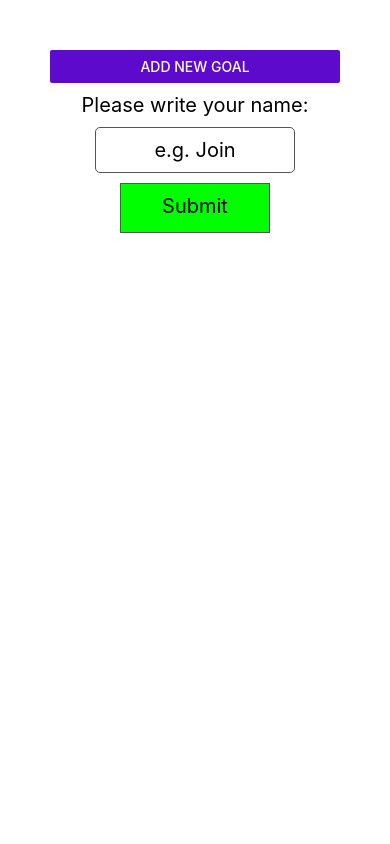
Repository: ntu34543/React-Native-Example1
Screen: /
These files come from the project's save history. The screen is drawn as it stood at one moment and after the next save; the edit follows.
The app was drawn by React Native's web renderer in a window 390 px wide. The project was rebuilt for these pictures with package versions that can differ from the ones it lists, and the page was loaded fresh each time. Also part of the build but not shown: components/Goalltem.js.

Above is the screen before, as saved 2022-09-12 16:14:54.

### App.js
import { useState } from "react";
import {
  StyleSheet,
  View,
  FlatList,
  Button,
  Text,
  Linking,
  TextInput,
  TouchableOpacity,
  Pressable
} from "react-native";
import { StatusBar } from "expo-status-bar";

import GoalItem from "./components/Goalltem";
import GoalInput from "./components/Goallnput";

export default function App() {
  const [modalIsVisible, setModalIsVisible] = useState(false);
  const [courseGoals, setCourseGoals] = useState([]);
  const [name, setName] = useState("");
  const [submitted, setSubmitted] = useState(false);
  // console.log(courseGoals);
  const onPressHandler = () => {
    setSubmitted(!submitted);
  };

  function startAddGoalHandler() {
    setModalIsVisible(true);
  }

  function endAddGoalHandler() {
    setModalIsVisible(false);
  }

  function addTextInput(enteredGoalText) {
    setCourseGoals((currentCourseGoals) => [
      ...currentCourseGoals,
      { text: enteredGoalText, id: Math.random().toString() },
    ]);
    endAddGoalHandler();
  }

  function deleteGoalHandler(id) {
    setCourseGoals((currentCourseGoals) => {
      return currentCourseGoals.filter((goal) => goal.id !== id);
    });
  }

  return (
    <>
      <StatusBar style="auto" />
      <View style={styles.container}>
        <Button
          title="Add new Goal"
          color="#5e0acc"
          onPress={startAddGoalHandler}
        />
        <View style={styles.body}>
          <Text style={styles.text}>Please write your name:</Text>
          <TextInput
            style={styles.input}
            placeholder="e.g. Join"
            onChangeText={(value) => setName(value)}
            // maxLength={2}
            // editable={false}
            // secureTextEntry
          />
          {/* <Button
            title={submitted? "Clear" : "Submit"}
            // disabled={submitted}
            color="#5e0acc"
            onPress={onPressHandler}
            onPress={() => {
              Linking.openURL(
                "https://ca.slack-edge.com/T324R7VB6-U03RS7EKJHG-323b9d1b6216-512"
              );
            }}
          /> */}
          <TouchableOpacity
            style={styles.button}
            onPress={onPressHandler}
            activeOpacity={0.5}
          >
            <Text style={styles.text}>{submitted ? "Clear" : "Submit"}</Text>
          </TouchableOpacity>
          {submitted ? <Text>You are registered as {name}</Text> : null}
          {/* <Text style={styles.text}>You are registered as {name}</Text> */}
          <Pressable>

          </Pressable>
        </View>
        <GoalInput
          visible={modalIsVisible}
          onAddGoal={addTextInput}
          onCancer={endAddGoalHandler}
        />
        <View style={styles.goalsContainer}>
          <FlatList
            data={courseGoals}
            style={styles.goalsContainer}
            renderItem={(itemData) => {
              return (
                <GoalItem
                  text={itemData.item.text}
                  id={itemData.item.id}
                  onDeleteItem={deleteGoalHandler}
                />
              );
            }}
            keyExtractor={(item, index) => {
              return index.id;
            }}
            alwaysBounceVertical={false}
          />
        </View>
      </View>
    </>
  );
}

const styles = StyleSheet.create({
  container: {
    padding: 50,
  },
  body: {
    alignItems: "center",
  },
  goalsContainer: {
    // flex: 4,
  },
  text: {
    textAlign: "center",
    margin: 10,
    fontSize: 20,
  },
  input: {
    borderWidth: 1,
    borderColor: "#555",
    borderRadius: 5,
    width: 200,
    padding: 10,
    marginBottom: 10,
    textAlign: "center",
    fontSize: 20,
  },
  button: {
    borderWidth: 1,
    borderColor: "#555",
    backgroundColor: "#00ff00",
    width: 150,
    height: 50,
  },
});

### components/Goallnput.js
import { useState } from "react";
import { StyleSheet, View, TextInput, Button, Modal, Image } from "react-native";
function GoalInput(props) {
  const [enteredGoalText, setEnteredGoalText] = useState("");

  function textInput(enteredText) {
    setEnteredGoalText(enteredText);
    // console.log(enteredText);
  }

  function addGoalHandler() {
    props.onAddGoal(enteredGoalText);
    setEnteredGoalText("");
  }

  return (
    <Modal visible={props.visible} animationType="slide">
      <View style={styles.inputContainer}>
          <Image style={styles.image} source={require('../assets/favicon.png')} />
        <TextInput
          style={styles.textInput}
          placeholder="Email............"
          onChangeText={textInput}
          value={enteredGoalText}
        />
        <View style={styles.buttonContainer}>
          <View style={styles.button}>
            <Button title="Click!" onPress={addGoalHandler} />
          </View>
          <View style={styles.button}>
            <Button title="Cancer!" onPress={props.onCancer}/>
          </View>
        </View>
      </View>
    </Modal>
  );
}

export default GoalInput;

const styles = StyleSheet.create({
  inputContainer: {
    flex: 1,
    justifyContent: "center",
    alignItems: "center",
    paddingBottom: 24,
    padding: 16,
    borderBottomWidth: 1,
    borderBottomColor: "gray",
    backgroundColor: 'pink'
  },
  image: {
      width: 100,
      height: 100,
      margin: 20,
  },
  textInput: {
    borderWidth: 1,
    borderColor: "#cccccc",
    width: "100%",
    padding: 8,
  },
  buttonContainer: {
      marginTop: 16,
    flexDirection: "row",
  },
  button: {
      width: '30%',
      marginHorizontal: 8,
  }
});

After the next save:
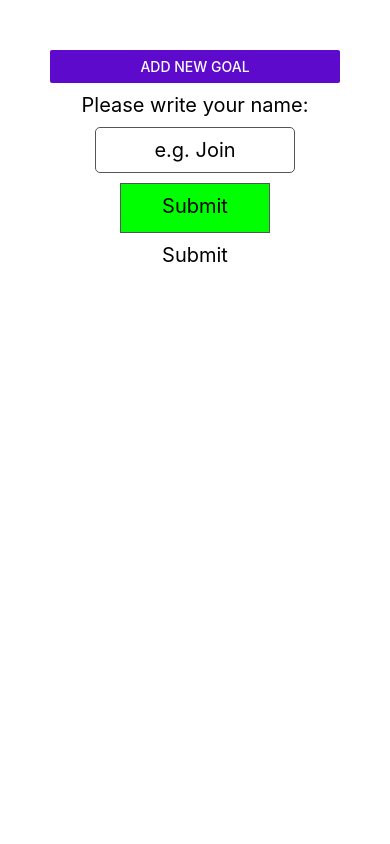
Saved 10 s later.
--- a/App.js
+++ b/App.js
@@ -87,7 +87,7 @@ export default function App() {
           {submitted ? <Text>You are registered as {name}</Text> : null}
           {/* <Text style={styles.text}>You are registered as {name}</Text> */}
           <Pressable>
-
+          <Text style={styles.text}>{submitted ? "Clear" : "Submit"}</Text>
           </Pressable>
         </View>
         <GoalInput
